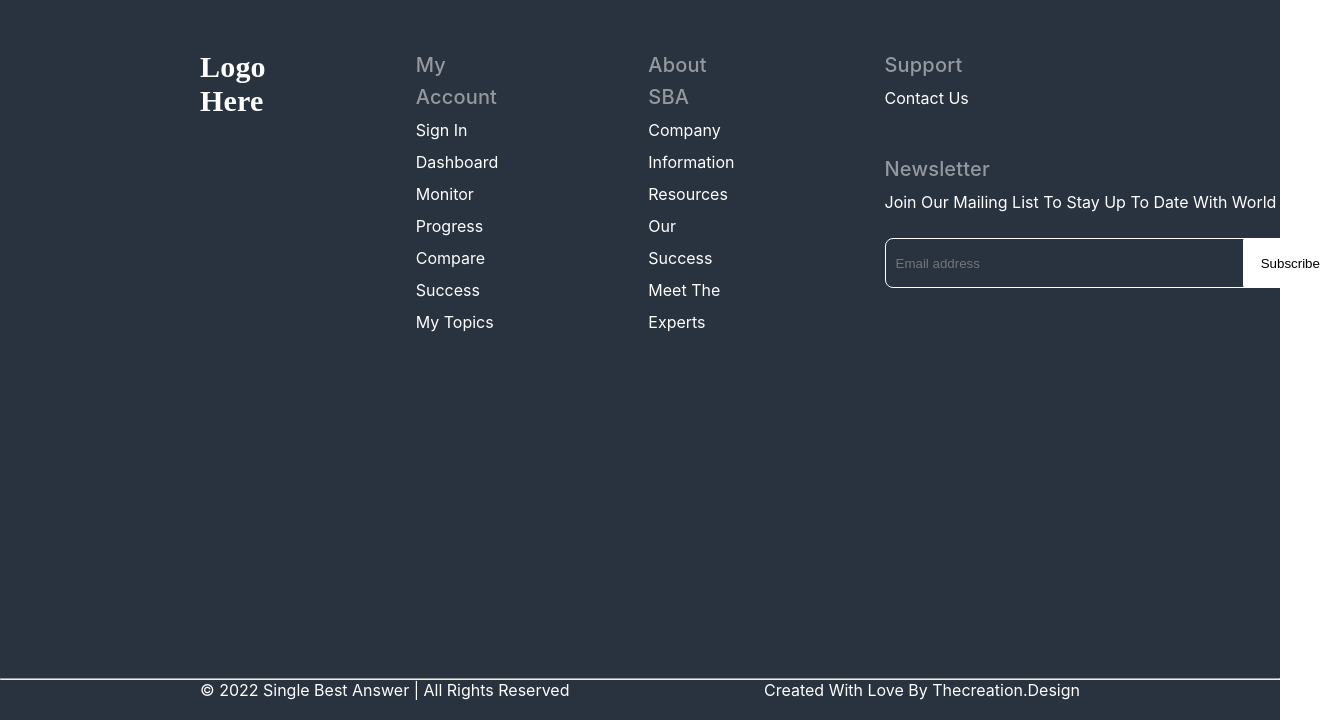
Repository: FaridRustamov09/Final-Task
Page: Pages/connectionPage/index.html
The author's editor kept a copy of each file at every save. The page is drawn from the files as they stood at one save, then again after a run of saves.
The browser window is 1280 px wide. The page is 1339 px wide, so the pictures cover 1339 px, including what lies to the right of the window. The pictures show the whole page.
The style sheet was rebuilt from its Sass, Less or Tailwind sources for each picture, by a compiler version that may differ from the author's.

Above is the page before, as saved 2024-07-14 21:07:58.

After the next 3 saves:
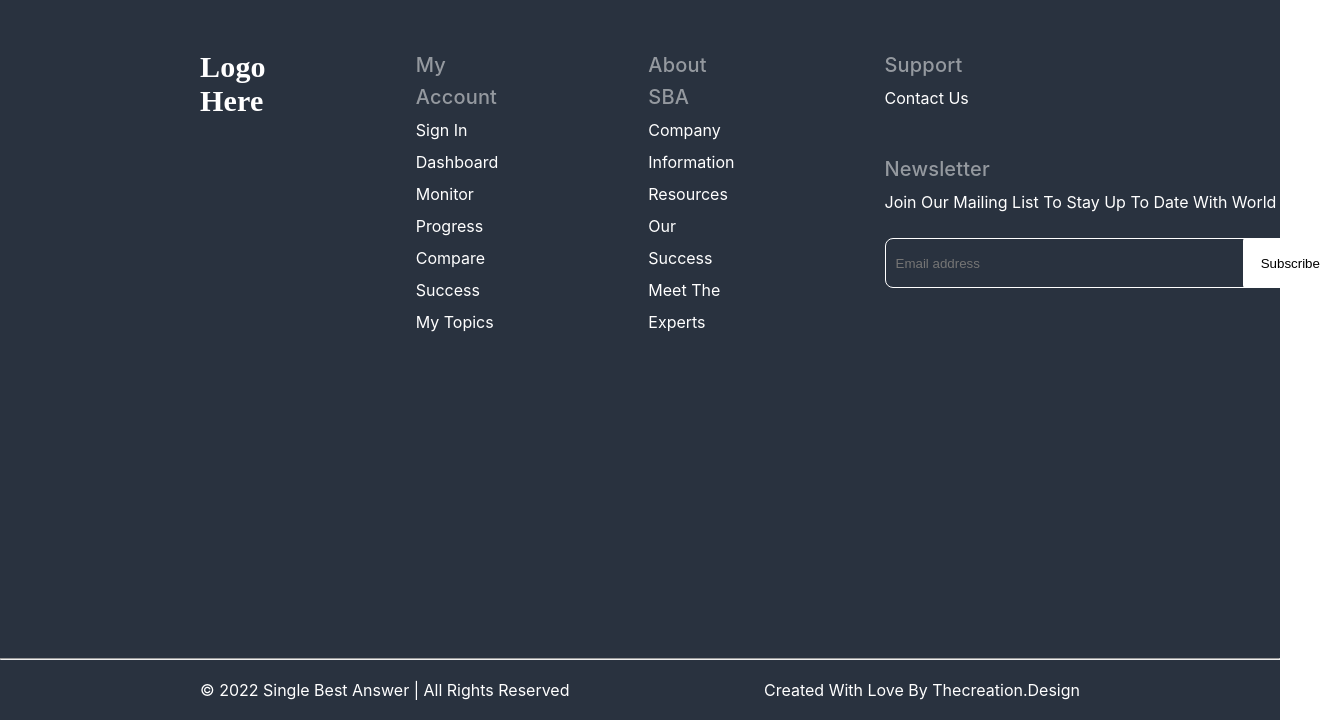
The 3 saves are shown as one change because they came seconds apart.
The last was saved 22 s later.
--- a/Pages/connectionPage/index.scss
+++ b/Pages/connectionPage/index.scss
@@ -99,7 +99,7 @@
     .text-box {
       padding-left: 200px;
       padding-right: 200px;
-
+     padding-top: 20px;
       display: flex;
       align-items: center;
       justify-content: space-between;
